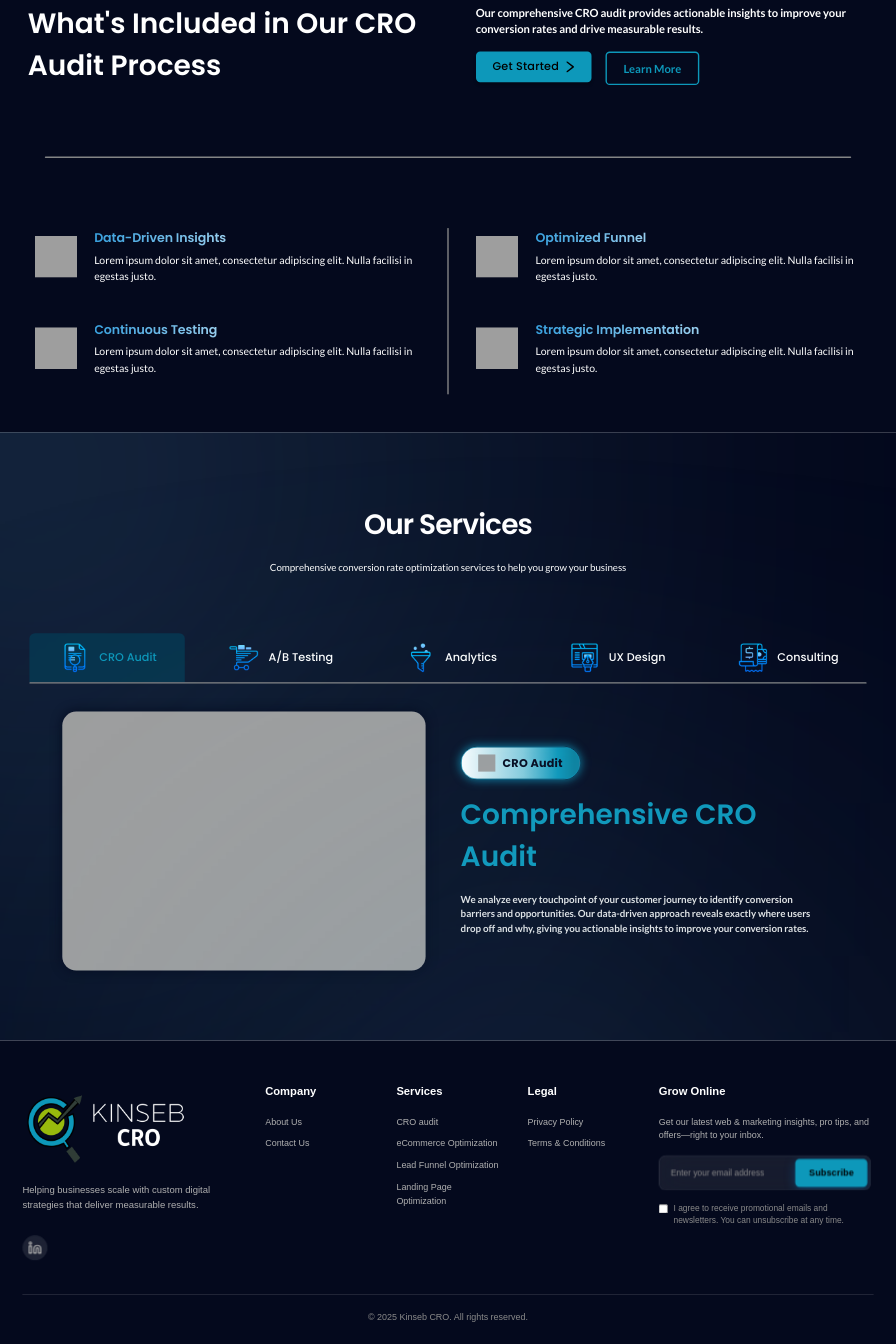
Repository: YahyaK01/kinseb
Page: /services
The author's editor kept a copy of each file at every save. The page is drawn from the files as they stood at one save, then again after the next save.
The browser window is 1280 px wide. The pictures show the part of the page from y = 1782 to 3702 px (the page is 3702 px tall before and 3586 px after), at 70% of full size.
Pictures or frames that could not be fetched are drawn as grey boxes. The project was rebuilt for these pictures with package versions that can differ from the ones it lists, and the page was loaded fresh each time. Also part of the build but not shown: src/components/FAQ.js, src/components/CTA.jsx, src/components/MetricsSection.jsx, src/components/WhyCROMatter.jsx, src/components/Processsection.jsx, src/components/Hero.jsx, src/components/CEO.jsx, src/components/Testimonia.jsx and 14 more.

Above is the page before, as saved 2025-12-05 18:39:17.

After the next save:
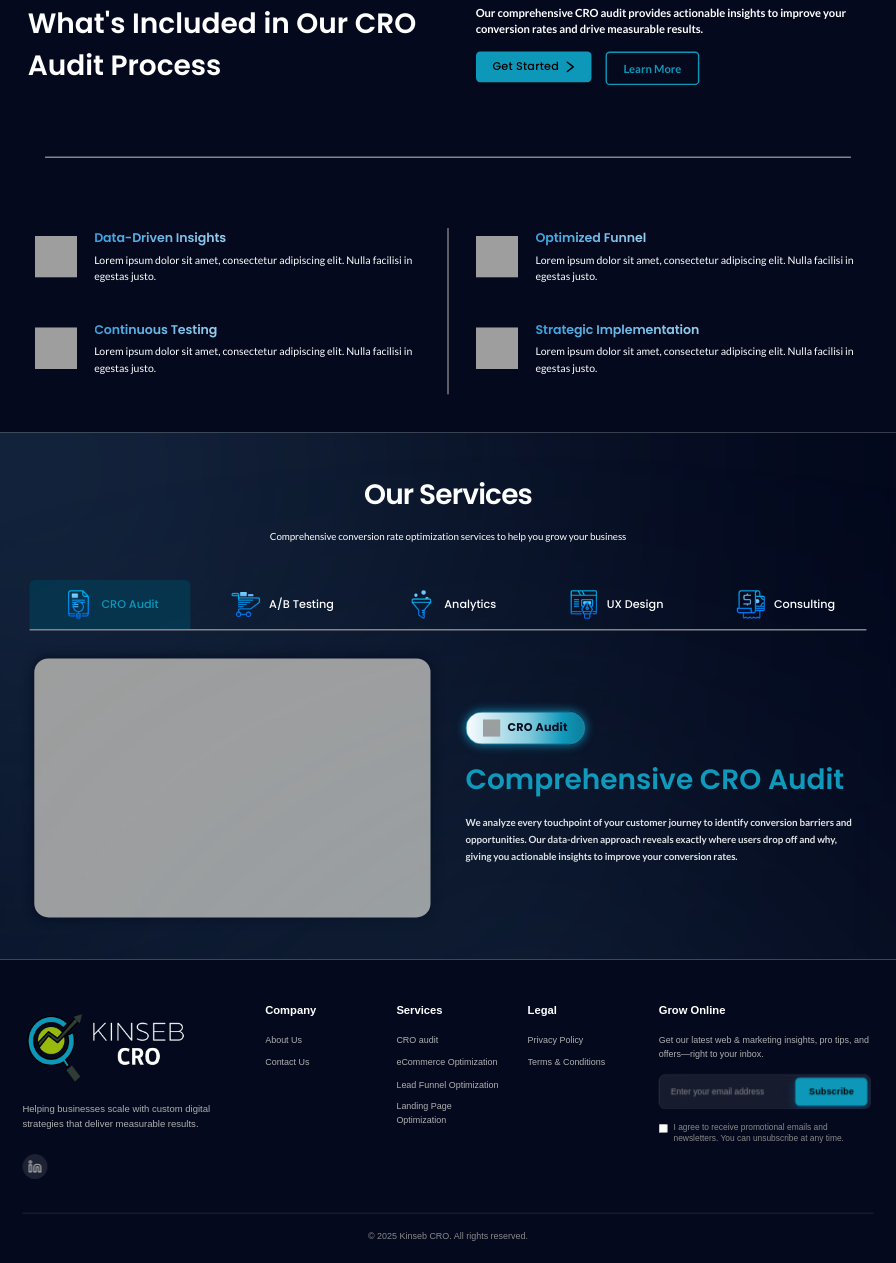
Saved 105 s later.
--- a/src/components/ServiceTabSection.jsx
+++ b/src/components/ServiceTabSection.jsx
@@ -43,8 +43,8 @@
     flexDirection: 'column',
     justifyContent: 'center',
     alignItems: 'center',
-    padding: '100px 0px',
-    gap: '60px',
+    padding: '60px 20px',
+    gap: '50px',
     maxWidth: '1440px',
     margin: '0 auto',
     width: '100%',
@@ -52,7 +52,7 @@
     isolation: 'isolate',
   };
 
-  // Decorative Blur Ellipses - Updated positions
+  // Decorative Blur Ellipses
   const ellipse1Style = {
     position: 'absolute',
     width: '486px',
@@ -118,8 +118,8 @@
     display: 'flex',
     flexDirection: 'column',
     alignItems: 'center',
-    padding: '0px',
-    gap: '15px',
+    padding: '0px 20px',
+    gap: '20px',
     width: '100%',
     maxWidth: '1440px',
     zIndex: 5,
@@ -135,15 +135,15 @@
     alignItems: 'center',
     padding: '0px',
     isolation: 'isolate',
-    width: '1236px',
-    maxWidth: '100%',
+    width: '100%',
+    maxWidth: '1236px',
   };
 
   const headingStyle = {
     fontFamily: "'Poppins', sans-serif",
     fontWeight: 600,
-    fontSize: '40px',
-    lineHeight: '64px',
+    fontSize: 'clamp(28px, 5vw, 40px)',
+    lineHeight: '1.4',
     textAlign: 'center',
     letterSpacing: '-0.03em',
     textTransform: 'capitalize',
@@ -155,13 +155,14 @@
   const paragraphStyle = {
     fontFamily: "'Lato', sans-serif",
     fontWeight: 400,
-    fontSize: '14px',
-    lineHeight: '28px',
+    fontSize: 'clamp(13px, 2vw, 14px)',
+    lineHeight: '1.8',
     textAlign: 'center',
     letterSpacing: '-0.09px',
     color: '#FFFFFF',
     margin: 0,
     maxWidth: '692px',
+    width: '100%',
   };
 
   // Content Area Wrapper Style
@@ -179,7 +180,7 @@
     flexDirection: 'column',
     justifyContent: 'center',
     alignItems: 'center',
-    padding: '20px 40px 0px',
+    padding: '0px 20px',
     width: '100%',
     maxWidth: '1440px',
     margin: '0 auto',
@@ -190,10 +191,10 @@
   const tabsRowStyle = {
     display: 'flex',
     flexDirection: 'row',
-    justifyContent: 'space-between',
+    justifyContent: 'center',
     alignItems: 'flex-start',
     padding: '0px',
-    gap: '20px',
+    gap: '10px',
     width: '100%',
     maxWidth: '1196px',
     flexWrap: 'wrap',
@@ -204,11 +205,12 @@
     flexDirection: 'row',
     justifyContent: 'center',
     alignItems: 'center',
-    padding: '10px 30px',
-    gap: '10px',
-    minWidth: '200px',
+    padding: '10px 20px',
+    gap: '8px',
+    minWidth: 'fit-content',
     flex: '1 1 auto',
-    height: '70px',
+    height: 'auto',
+    minHeight: '60px',
     borderRadius: '8px 8px 0px 0px',
     background: isActive ? '#07334C' : 'transparent',
     cursor: 'pointer',
@@ -217,19 +219,20 @@
   });
 
   const tabIconStyle = {
-    width: '50px',
-    height: '50px',
+    width: 'clamp(35px, 6vw, 50px)',
+    height: 'clamp(35px, 6vw, 50px)',
     flexShrink: 0,
   };
 
   const tabTextStyle = (isActive) => ({
     fontFamily: "'Poppins', sans-serif",
     fontWeight: 500,
-    fontSize: '16px',
-    lineHeight: '24px',
+    fontSize: 'clamp(13px, 2vw, 16px)',
+    lineHeight: '1.5',
     color: isActive ? '#0D98BA' : '#FFFFFF',
     margin: 0,
     transition: 'all 0.3s ease',
+    whiteSpace: 'nowrap',
   });
 
   const tabSeparatorStyle = {
@@ -247,7 +250,7 @@
     flexDirection: 'column',
     justifyContent: 'center',
     alignItems: 'center',
-    padding: '0px 89px',
+    padding: '0px 20px',
     gap: '10px',
     width: '100%',
     maxWidth: '1440px',
@@ -262,22 +265,23 @@
     display: 'flex',
     flexDirection: 'row',
     alignItems: 'center',
-    padding: '0px 14px 0px 0px',
-    gap: '50px',
+    padding: '0px',
+    gap: 'clamp(30px, 5vw, 50px)',
     width: '100%',
     maxWidth: '1196px',
     flexWrap: 'wrap',
+    justifyContent: 'center',
   };
 
   const serviceImageStyle = {
-    width: '566px',
-    height: '370px',
-    maxWidth: '100%',
+    width: '100%',
+    maxWidth: '566px',
+    height: 'clamp(250px, 40vw, 370px)',
     backgroundSize: 'cover',
     backgroundPosition: 'center',
     boxShadow: '0px 0px 15px #04091D',
     borderRadius: '20px',
-    flex: '1 1 400px',
+    flex: '1 1 300px',
   };
 
   const serviceTextContainerStyle = {
@@ -287,9 +291,10 @@
     alignItems: 'flex-start',
     padding: '0px',
     gap: '20px',
-    flex: '1 1 400px',
-    minWidth: '300px',
+    flex: '1 1 300px',
+    minWidth: '280px',
     maxWidth: '566px',
+    width: '100%',
   };
 
   const serviceBadgeStyle = {
@@ -304,6 +309,7 @@
     boxShadow: '0px 0px 12px 2px rgba(13, 148, 187, 0.7)',
     borderRadius: '25px',
     cursor: 'default',
+    width: 'fit-content',
   };
 
   const badgeIconStyle = {
@@ -314,8 +320,8 @@
   const badgeTextStyle = {
     fontFamily: "'Poppins', sans-serif",
     fontWeight: 700,
-    fontSize: '16px',
-    lineHeight: '24px',
+    fontSize: 'clamp(14px, 2vw, 16px)',
+    lineHeight: '1.5',
     letterSpacing: '0.02em',
     color: '#04091D',
     margin: 0,
@@ -324,8 +330,8 @@
   const serviceHeadingStyle = {
     fontFamily: "'Poppins', sans-serif",
     fontWeight: 600,
-    fontSize: '40px',
-    lineHeight: '60px',
+    fontSize: 'clamp(24px, 5vw, 40px)',
+    lineHeight: '1.5',
     textTransform: 'capitalize',
     color: '#0D98BA',
     margin: 0,
@@ -334,8 +340,8 @@
   const serviceDescriptionStyle = {
     fontFamily: "'Lato', sans-serif",
     fontWeight: 600,
-    fontSize: '14px',
-    lineHeight: '150%',
+    fontSize: 'clamp(13px, 2vw, 14px)',
+    lineHeight: '1.7',
     letterSpacing: '-0.006em',
     color: '#E6E6E6',
     margin: 0,
